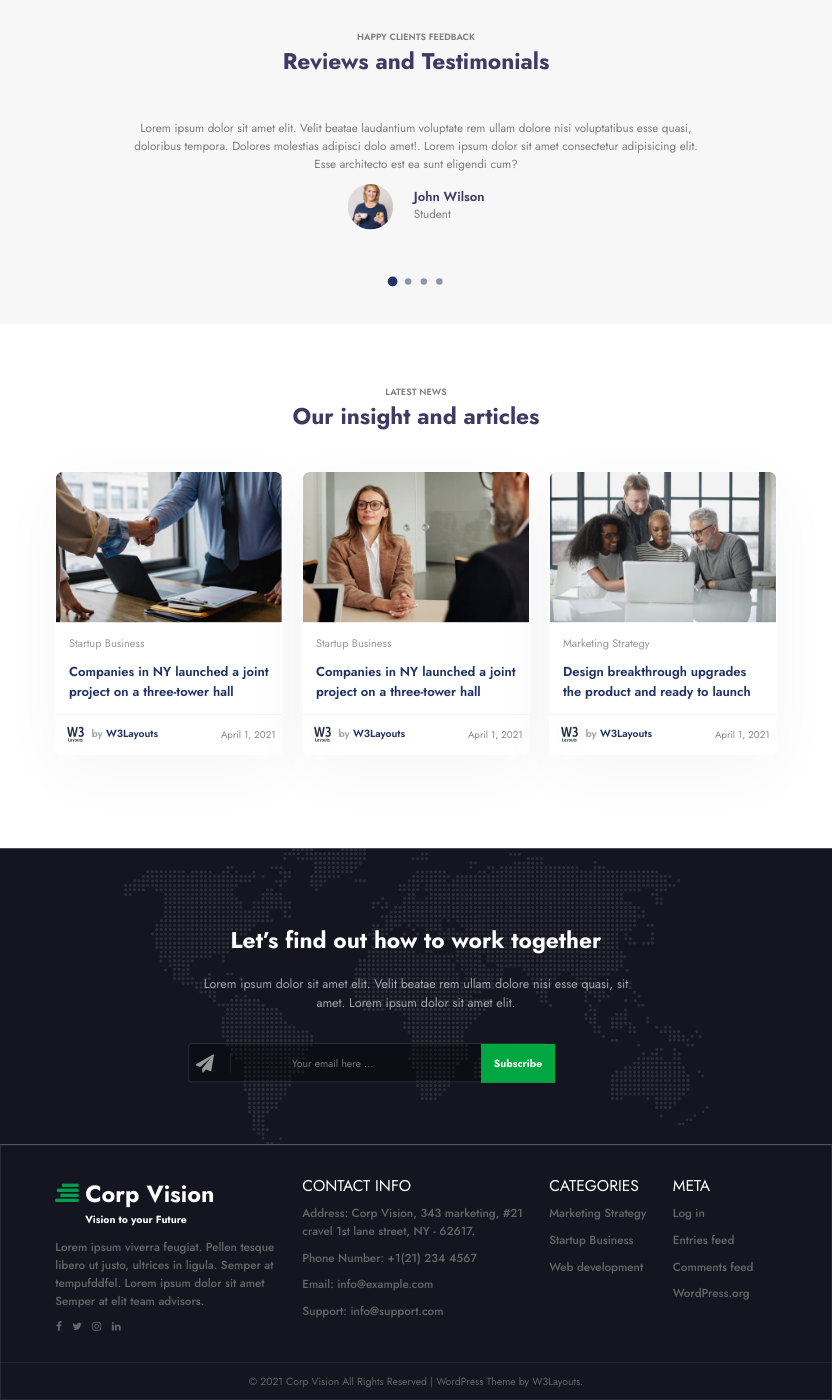
Repository: khaipnp/corpvision
Page: index.html
An editor plug-in stored every save of this project. The page is shown before and after the next save, followed by the edit.
The browser window is 1280 px wide. The pictures show the whole page, at 65% of full size.

Above is the page before, as saved 2021-07-04 17:21:17.

### index.html
<!DOCTYPE html>
<html lang="en">
  <head>
    <meta charset="UTF-8" />
    <meta http-equiv="X-UA-Compatible" content="IE=edge" />
    <meta name="viewport" content="width=device-width, initial-scale=1.0" />
    <title>Corpvision</title>
    <meta name="description" content="Corpvision Website" />
    <!-- FONT-GOOGLE -->
    <link rel="preconnect" href="https://fonts.gstatic.com" />
    <link
      href="https://fonts.googleapis.com/css2?family=Jost:ital,wght@0,100;0,200;0,300;0,400;0,500;0,600;0,700;0,800;0,900;1,400&display=swap"
      rel="stylesheet"
    />
    <!-- FONT-AWSOME -->
    <link
      rel="stylesheet"
      href="https://cdnjs.cloudflare.com/ajax/libs/font-awesome/5.15.3/css/all.min.css"
      integrity="sha512-iBBXm8fW90+nuLcSKlbmrPcLa0OT92xO1BIsZ+ywDWZCvqsWgccV3gFoRBv0z+8dLJgyAHIhR35VZc2oM/gI1w=="
      crossorigin="anonymous"
      referrerpolicy="no-referrer"
    />
    <link rel="stylesheet" href="./css/font-awesome.min.css" />
    <!-- OWL CAROUSEL -->
    <link
      rel="stylesheet"
      href="https://cdnjs.cloudflare.com/ajax/libs/OwlCarousel2/2.3.4/assets/owl.carousel.min.css"
      integrity="sha512-tS3S5qG0BlhnQROyJXvNjeEM4UpMXHrQfTGmbQ1gKmelCxlSEBUaxhRBj/EFTzpbP4RVSrpEikbmdJobCvhE3g=="
      crossorigin="anonymous"
      referrerpolicy="no-referrer"
    />
    <link
      rel="stylesheet"
      href="https://cdnjs.cloudflare.com/ajax/libs/OwlCarousel2/2.3.4/assets/owl.theme.default.css"
      integrity="sha512-OTcub78R3msOCtY3Tc6FzeDJ8N9qvQn1Ph49ou13xgA9VsH9+LRxoFU6EqLhW4+PKRfU+/HReXmSZXHEkpYoOA=="
      crossorigin="anonymous"
      referrerpolicy="no-referrer"
    />
    <!-- BOOTSTRAP -->
    <link
      rel="stylesheet"
      href="https://cdn.jsdelivr.net/npm/bootstrap@4.6.0/dist/css/bootstrap.min.css"
      integrity="sha384-B0vP5xmATw1+K9KRQjQERJvTumQW0nPEzvF6L/Z6nronJ3oUOFUFpCjEUQouq2+l"
      crossorigin="anonymous"
    />
    <!-- MAIN CSS -->
    <link rel="stylesheet" href="./css/main.css" />
  </head>
  <body>
    <header></header>
    <section class="feedback">
      <div class="feedback__content py-5">
        <div class="container">
          <h5 class="small-title col-12 text-center">Happy clients Feedback</h5>
          <h3 class="big-title col-12 text-center">Reviews and Testimonials</h3>
          <div class="testimonials owl-carousel owl-theme">
            <div class="testimonials__item">
              <p class="text-center col-12">
                Lorem ipsum dolor sit amet elit. Velit beatae laudantium
                voluptate rem ullam dolore nisi voluptatibus esse quasi,
                doloribus tempora. Dolores molestias adipisci dolo amet!. Lorem
                ipsum dolor sit amet consectetur adipisicing elit. Esse
                architecto est ea sunt eligendi cum?
              </p>
              <div
                class="
                  testimonials__desc
                  row
                  align-items-center
                  justify-content-center
                "
              >
                <div class="avatar mr-3">
                  <img src="./img/team1.jpg" alt="team 1" />
                </div>
                <div class="name ml-3">
                  <h3>John Wilson</h3>
                  <p>Student</p>
                </div>
              </div>
            </div>
            <div class="testimonials__item">
              <p class="text-center col-12">
                Lorem ipsum dolor sit amet elit. Velit beatae laudantium
                voluptate rem ullam dolore nisi voluptatibus esse quasi,
                doloribus tempora. Dolores molestias adipisci dolo amet!. Lorem
                ipsum dolor sit amet consectetur adipisicing elit. Esse
                architecto est ea sunt eligendi cum?
              </p>
              <div
                class="
                  testimonials__desc
                  row
                  align-items-center
                  justify-content-center
                "
              >
                <div class="avatar mr-3">
                  <img src="./img/team2.jpg" alt="team 2" />
                </div>
                <div class="name ml-3">
                  <h3>Julia Sakura</h3>
                  <p>Student</p>
                </div>
              </div>
            </div>
            <div class="testimonials__item">
              <p class="text-center col-12">
                Lorem ipsum dolor sit amet elit. Velit beatae laudantium
                voluptate rem ullam dolore nisi voluptatibus esse quasi,
                doloribus tempora. Dolores molestias adipisci dolo amet!. Lorem
                ipsum dolor sit amet consectetur adipisicing elit. Esse
                architecto est ea sunt eligendi cum?
              </p>
              <div
                class="
                  testimonials__desc
                  row
                  align-items-center
                  justify-content-center
                "
              >
                <div class="avatar mr-3">
                  <img src="./img/team3.jpg" alt="team 3" />
                </div>
                <div class="name ml-3">
                  <h3>Roy Linderson</h3>
                  <p>Student</p>
                </div>
              </div>
            </div>
            <div class="testimonials__item">
              <p class="text-center col-12">
                Lorem ipsum dolor sit amet elit. Velit beatae laudantium
                voluptate rem ullam dolore nisi voluptatibus esse quasi,
                doloribus tempora. Dolores molestias adipisci dolo amet!. Lorem
                ipsum dolor sit amet consectetur adipisicing elit. Esse
                architecto est ea sunt eligendi cum?
              </p>
              <div
                class="
                  testimonials__desc
                  row
                  align-items-center
                  justify-content-center
                "
              >
                <div class="avatar mr-3">
                  <img src="./img/team4.jpg" alt="team 4" />
                </div>
                <div class="name ml-3">
                  <h3>Smith Johnson</h3>
                  <p>Student</p>
                </div>
              </div>
            </div>
          </div>
        </div>
      </div>
    </section>
    <section class="news py-5">
      <div class="news__content py-5">
        <div class="container">
          <h5 class="small-title col-12 text-center">LATEST NEWS</h5>
          <h3 class="big-title col-12 text-center">Our insight and articles</h3>
          <div class="row py-5">
            <div class="news__item col-md-6 col-lg-4 pt-2">
              <div class="news__card">
                <div class="card__thumbnail p-0 position-relative">
                  <img src="./img/blog1.jpg" alt="blog 1" />
                </div>
                <div class="card__content">
                  <p>Startup Business</p>
                  <a href="#">Companies in NY launched a joint project on a three-tower
                    hall</a>
                </div>
                <div class="card__footer">
                  <span><img src="./img/icon.jpeg" alt="" /> by <a href="#">W3Layouts</a></span>
                  <p>April 1, 2021</p>
                </div>
              </div>
            </div>
            <div class="news__item col-md-6 col-lg-4 pt-2">
              <div class="news__card">
                <div class="card__thumbnail p-0 position-relative">
                  <img src="./img/blog2.jpg" alt="blog 1" />
                </div>
                <div class="card__content">
                  <p>Startup Business</p>
                  <a href="#">Companies in NY launched a joint project on a three-tower
                    hall</a>
                </div>
                <div class="card__footer">
                  <span><img src="./img/icon.jpeg" alt="" /> by <a href="#">W3Layouts</a></span>
                  <p>April 1, 2021</p>
                </div>
              </div>
            </div>
            <div class="news__item col-md-6 col-lg-4 pt-2">
              <div class="news__card">
                <div class="card__thumbnail p-0 position-relative">
                  <img src="./img/blog3.jpg" alt="blog 1" />
                </div>
                <div class="card__content">
                  <p>Marketing Strategy</p>
                  <a href="#">Design breakthrough upgrades the product and ready to launch</a>
                </div>
                <div class="card__footer">
                  <span><img src="./img/icon.jpeg" alt="" /> by <a href="#">W3Layouts</a></span>
                  <p>April 1, 2021</p>
                </div>
              </div>
            </div>
          </div>
        </div>
      </div>
    </section>
    <div class="subscribe py-5">
      <div class="container">
        <div class="sub__box my-5 mx-auto align-items-center justify-content-center">
          <h3 class="big-title py-4 col-12 text-center">Let’s find out how to work together<h3>
          <p class="col-12 text-center">Lorem ipsum dolor sit amet elit. Velit beatae rem ullam dolore nisi esse quasi, sit amet. Lorem ipsum dolor sit amet elit.</p>
          <div class="input__email mt-5">
            <div class="subscribe__box row justify-content-between">
              <i class="fa fa-paper-plane"></i>
              <input type="email" placeholder="Your email here ...">
              <button>Subscribe</button>
            </div>
          </div>
        </div>
      </div>
    </div>
    <footer>
      <div class="footer__info container py-5">
        <div class="row">
          <div class="footer__content col-md-6 col-lg-4">
            <div class="logo__footer__content pb-3">
              <div class="logo__footer"><i class="fa fa-align-right"></i>Corp Vision</div>
              <div class="slogan">Vision to your Future</div>
            </div>
            <p>Lorem ipsum viverra feugiat. Pellen tesque libero ut justo, ultrices in ligula. Semper at tempufddfel. Lorem ipsum dolor sit amet Semper at elit team advisors.</p>
            <div class="social__network row justify-content-start">
              <i class="fa fa-facebook pl-3"></i>
              <i class="fa fa-twitter pl-3"></i>
              <i class="fa fa-instagram pl-3"></i>
              <i class="fa fa-linkedin pl-3"></i>
            </div>
          </div>
          <div class="footer__content col-md-6 col-lg-4 mt-md-0 mt-5">
            <h4>CONTACT INFO</h4>
            <ul class="list-group list-group-flush">
              <li class="list-group-item">Address: Corp Vision, 343 marketing, #21 cravel 1st lane street, NY - 62617.</li>
              <li class="list-group-item">Phone Number: <a href="tel:+1212344567">+1(21) 234 4567</a></li>
              <li class="list-group-item">Email: <a href="mailto:">info@example.com</a></li>
              <li class="list-group-item">Support: <a href="mailto:">info@support.com</a></li>
            </ul>
          </div>
          <div class="footer__content col-md-6 col-lg-2 mt-lg-0 mt-5">
            <h4>CATEGORIES</h4>
            <ul class="list-group list-group-flush">
              <li class="list-group-item"><a href="/">Marketing Strategy</a></li>
              <li class="list-group-item"><a href="/">Startup Business</a></li>
              <li class="list-group-item"><a href="/">Web development</a></li>
            </ul>
          </div>
          <div class="footer__content col-md-6 col-lg-2 mt-lg-0 mt-5">
            <h4>META</h4>
            <ul class="list-group list-group-flush">
              <li class="list-group-item"><a href="/">Log in</a></li>
              <li class="list-group-item"><a href="/">Entries feed</a></li>
              <li class="list-group-item"><a href="/">Comments feed</a></li>
              <li class="list-group-item"><a href="/">WordPress.org</a></li>
            </ul>
          </div>
        </div>
      </div>
        <div class="copyright text-center pt-3">
          <div class="container">
            <p>© 2021 Corp Vision All Rights Reserved | WordPress Theme by W3Layouts.</p>
          </div>
        </div>
    </footer>
    <!-- SCRIPT -->
    <!-- BOOTSTRAP -->
    <script
      src="https://cdnjs.cloudflare.com/ajax/libs/jquery/3.6.0/jquery.js"
      integrity="sha512-n/4gHW3atM3QqRcbCn6ewmpxcLAHGaDjpEBu4xZd47N0W2oQ+6q7oc3PXstrJYXcbNU1OHdQ1T7pAP+gi5Yu8g=="
      crossorigin="anonymous"
      referrerpolicy="no-referrer"
    ></script>
    <script
      src="https://cdn.jsdelivr.net/npm/bootstrap@4.6.0/dist/js/bootstrap.bundle.min.js"
      integrity="sha384-Piv4xVNRyMGpqkS2by6br4gNJ7DXjqk09RmUpJ8jgGtD7zP9yug3goQfGII0yAns"
      crossorigin="anonymous"
    ></script>
    <!-- OWL CAROUSEL -->
    <script src="./js/owl.carousel.min.js"></script>
    <script>
      $(document).ready(function () {
        $(".owl-carousel").owlCarousel({
          navigation: false,
          slideSpeed: 300,
          paginationSpeed: 400,
          singleItem: true,
          items: 1,
          // itemsDesktop : false,
          // itemsDesktopSmall : false,
          // itemsTablet: false,
          // itemsMobile : false
        });
      });
    </script>
  </body>
</html>

### css/main.css
* {
  padding: 0;
  margin: 0;
  box-sizing: border-box;
}

html,
body {
  font-family: "Jost", sans-serif;
  background: #fff;
}

.small-title {
  color: #7e7d7d;
  font-size: 14px;
  font-weight: 600;
  text-transform: uppercase;
}

.big-title {
  color: #3f3a64;
  font-size: 35px;
  font-weight: 700;
}

/* FEEDBACK */
.feedback {
  background-color: #f7f7f7;
}

.testimonials__item {
  margin: 60px auto;
  display: block;
  max-width: 900px;
  height: auto;
}

.testimonials__item p {
  color: #7e7d7d;
  font-size: 18px;
  line-height: 28px;
}

.testimonials__desc .avatar {
  width: 70px;
  height: 70px;
  overflow: hidden;
  border-radius: 50%;
}

.testimonials__desc .avatar img {
  width: 100%;
  height: 100%;
  object-fit: cover;
}

.name h3 {
  font-size: 20px;
  margin: 0;
  font-weight: 600;
  color: #3f3a64;
}
.name p {
  font-style: normal;
  margin-bottom: 0;
}

.owl-theme .owl-dots .owl-dot.active span,
.owl-theme .owl-dots .owl-dot span {
  background: rgba(33, 51, 100, 0.5);
  transform: scale(1);
  transition: all 0.5s;
}

.owl-theme .owl-dots .owl-dot.active span,
.owl-theme .owl-dots .owl-dot:hover span {
  background: #213364 !important;
  transform: scale(1.5);
}

/* NEWS */
.news__card {
  background-color: #fff;
  box-shadow: 0 25px 98px 0 rgb(0 0 0 / 4%);
  border: 1px solid transparent;
  border-radius: 10px;
}

.card__thumbnail {
  overflow: hidden;
  border-radius: 10px 10px 0 0;
}

.card__thumbnail img {
  width: 100%;
  border-radius: 10px 10px 0 0;
  object-fit: cover;
  cursor: pointer;
  transition: all 0.5s;
}

.card__thumbnail img:hover {
  transform: scale(1.15);
}

.card__content {
  padding: 20px;
}

.card__content p {
  color: #999;
  font-size: 17px;
  font-weight: 400;
}

.card__content a {
  text-decoration: none;
  color: #213364;
  font-size: 20px;
  font-weight: 600;
  transition: all 0.5s;
  cursor: pointer;
}

.card__content a:hover {
  color: #00a63f;
}

.card__footer {
  display: flex;
  justify-content: space-between;
  align-items: center;
  border-top: 1px solid rgba(126, 125, 125, 0.1);
  padding: 10px;
}

.card__footer a {
  color: #213364;
  font-size: 1rem;
  font-weight: 600;
  cursor: pointer;
  transition: all 0.5s;
  text-decoration: none;
}

.card__footer a:hover {
  color: #00a63f;
}

.card__footer img {
  cursor: pointer;
}

.card__footer span {
  color: rgb(102, 102, 102, 0.6);
  font-weight: 600;
}

.card__footer p {
  margin-bottom: 0;
  font-size: 15px;
  color: rgb(102, 102, 102, 0.8);
}

/* SUBCRIBE */
.subscribe {
  background-image: url(../img/map.png);
  background-color: #151421;
  background-size: contain;
  background-repeat: no-repeat;
  background-position: center;
}

.sub__box {
  max-width: 700px;
}

.sub__box .big-title {
  color: #fff;
}

.sub__box p {
  font-size: 1.2rem;
  color: rgba(255, 255, 255, 0.6);
  line-height: 1.5;
  font-weight: 400;
}

.subscribe__box {
  align-items: center;
}

.input__email {
  border: 1px solid rgb(255, 255, 255, 0.15);
  border-radius: 5px;
  height: 60px;
  background: rgb(0, 0, 0, 0.35);
  max-width: 550px;
}

.input__email input {
  color: #999;
  padding: 20px 20px;
  border: none;
  font-size: 1rem;
  outline: none;
  background: none;
}

.input__email button {
  background-color: #00a63f;
  color: #fff;x;
  padding: 0 20px;
  border: none;
  font-size: 1rem;
  font-weight: 700;
  line-height: 60px;
}

.input__email i {
  text-align: center;
  color: #999;
  border-right: 1px solid rgb(255, 255, 255, 0.15);
  padding: 0 25px;
}

/* FOOTER */

footer {
  background-color: #151421;
  border: 1px solid rgb(255, 255, 255, 0.15);
}

.footer__content p {
  color: #666;
  font-size: 18px;
  line-height: 28px;
  font-weight: 500;
}

.logo__footer {
  display: inline-block;
  font-size: 36px;
  font-weight: bold;
  color: #fefefe;
}

.logo__footer i {
  color: #009f4d !important;
  font-size: 36px !important;
  margin-right: 10px;
}

.slogan {
  padding-left: 46px;
  font-weight: bold;
  color: #fefefe;
}

.footer__content a {
  text-decoration: none;
  color: #666;
  transition: all 0.5s ease;
  font-weight: 500;
}

.footer__content a:hover {
  text-decoration: none;
  color: #fefefe;
}

.footer__content i {
  color: #666;
}

.footer__content h4 {
  color: #fefefe;
  font-weight: normal;
}

.footer__content .list-group-item {
  background-color: transparent !important;
  color: #666;
  border: none !important;
  font-size: 18px;
  padding: 7px 0 !important;
  font-weight: 500;
}
.copyright {
  border-top: 1px solid rgba(249, 249, 249, 0.1);
}

.copyright p {
  color: #666;
}

Loaded but not shown: css/font-awesome.min.css (library); js/owl.carousel.min.js (library)

After the next save:
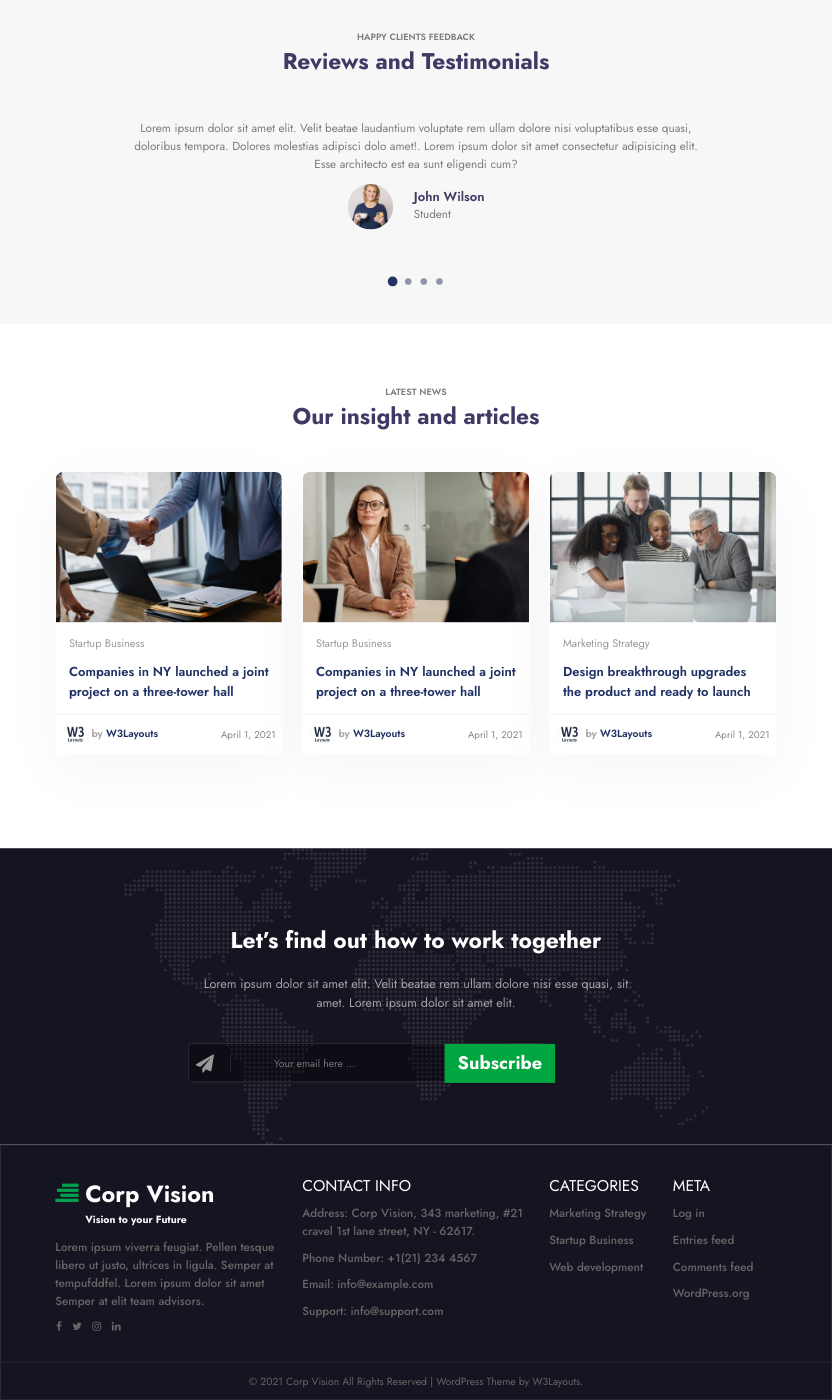
Saved 7 s later.
--- a/css/main.css
+++ b/css/main.css
@@ -212,7 +212,6 @@ body {
   color: #fff;x;
   padding: 0 20px;
   border: none;
-  font-size: 1rem;
   font-weight: 700;
   line-height: 60px;
 }
